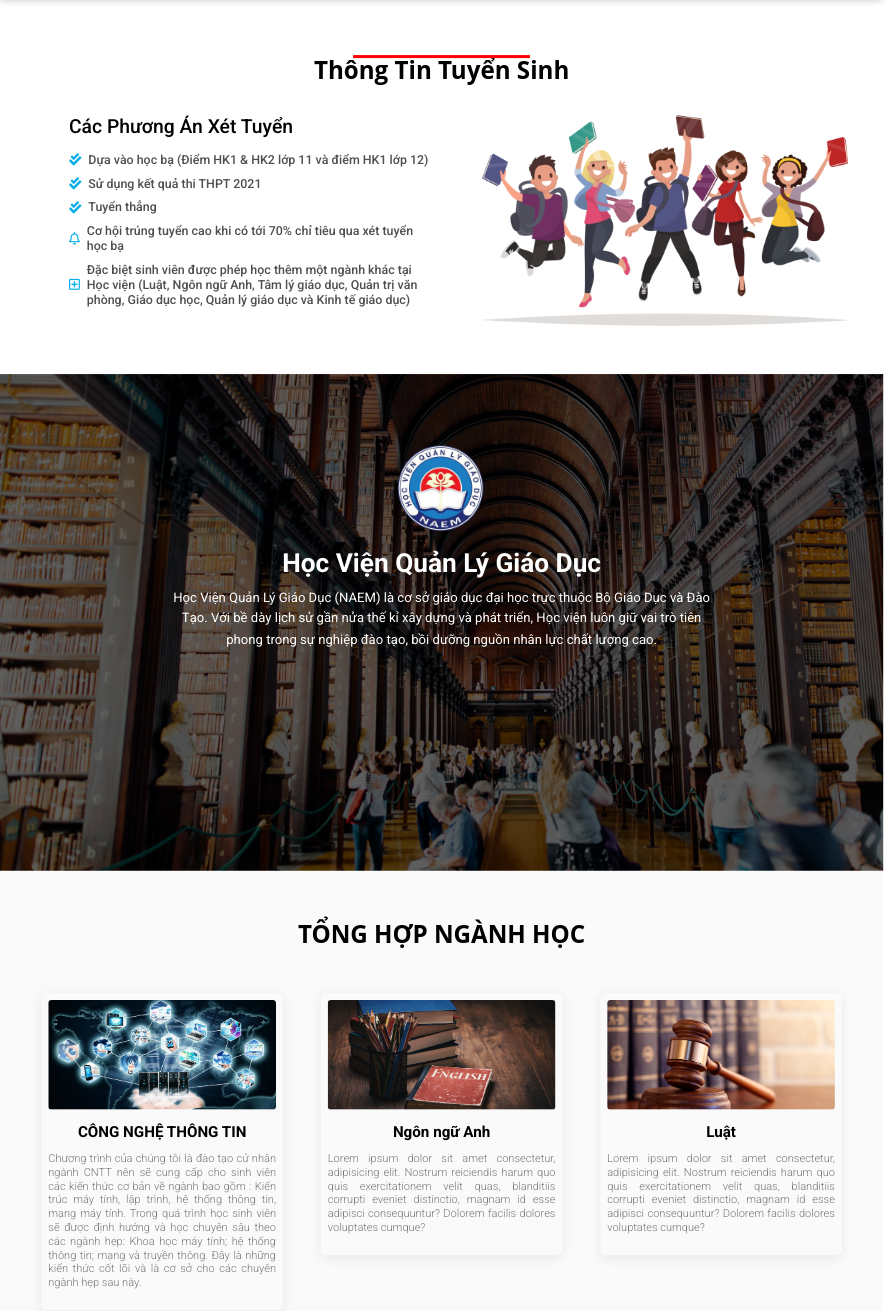
Repository: hongphuck1/trangweb1
Page: index.html
The author's editor kept a copy of each file at every save. The page is drawn from the files as they stood at one save, then again after the next save.
The browser window is 1280 px wide. The page is 1288 px wide, so the pictures cover 1288 px, including what lies to the right of the window. The pictures show the part of the page from y = 661 to 2561 px (the page is 4941 px tall), at 69% of full size.

Above is the page before, as saved 2021-09-07 09:53:24.

After the next save:
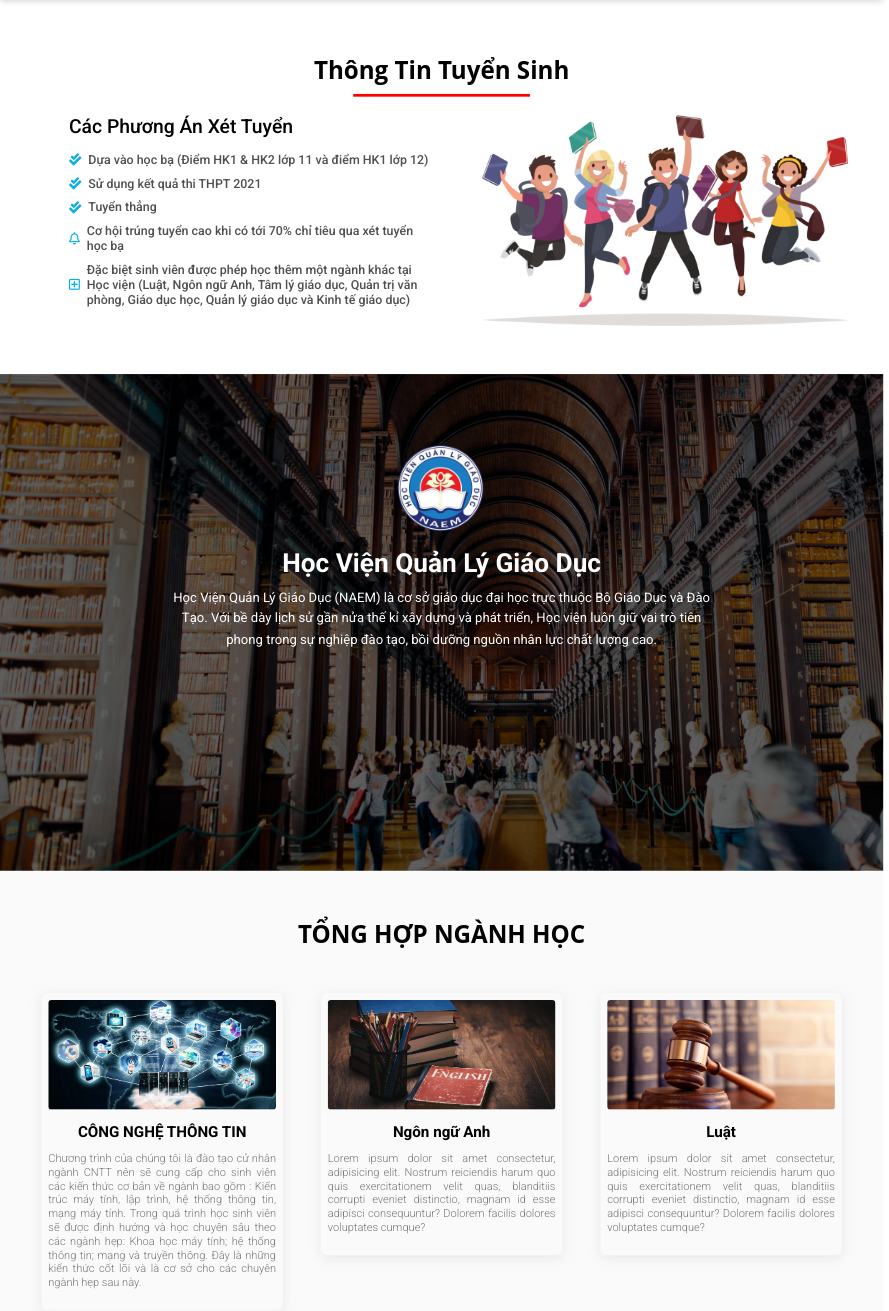
Saved 73 s later.
--- a/css/style.css
+++ b/css/style.css
@@ -211,13 +211,13 @@
 
           .container-body-name h1::after {
             content: "";
+            display: block;
             position: absolute;
             width: 20%;
             border: 2px solid red;
             left: 50%;
             transform: translateX(-50%);
-            margin-bottom: 100px;
-            background-color: red;
+            bottom: -18px;
           }
 
           .container-body-content{
